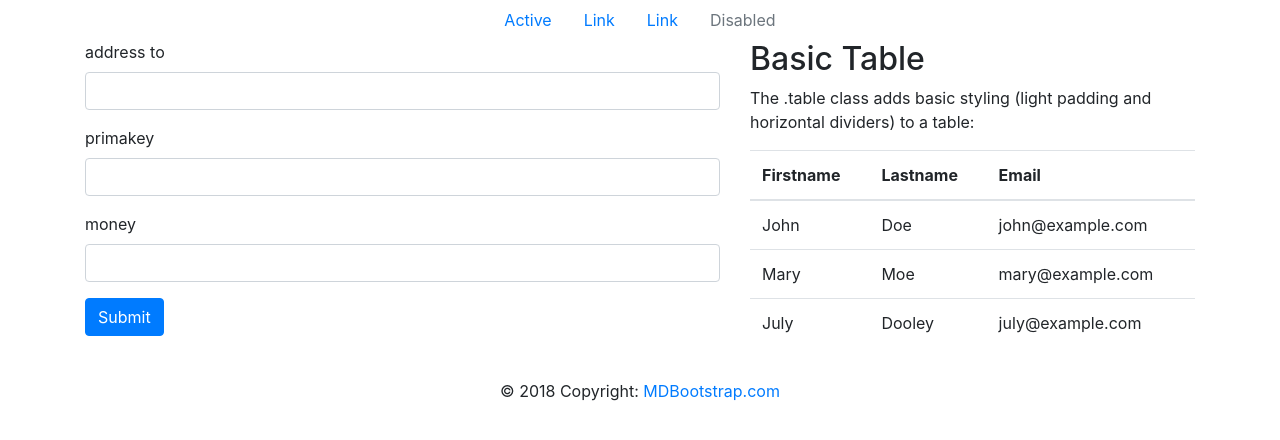
Repository: tienvins/vinsofts-blockchain-training-Oct2018
Page: http://localhost/
These files come from the project's save history. The page is drawn as it stood at one moment and after the next save; the edit follows.
The browser window is 1280 px wide. The pictures show the whole page.
The page is served by the project's Node server (index.js).

Above is the page before, as saved 2018-11-06 09:39:27.

After the next save:
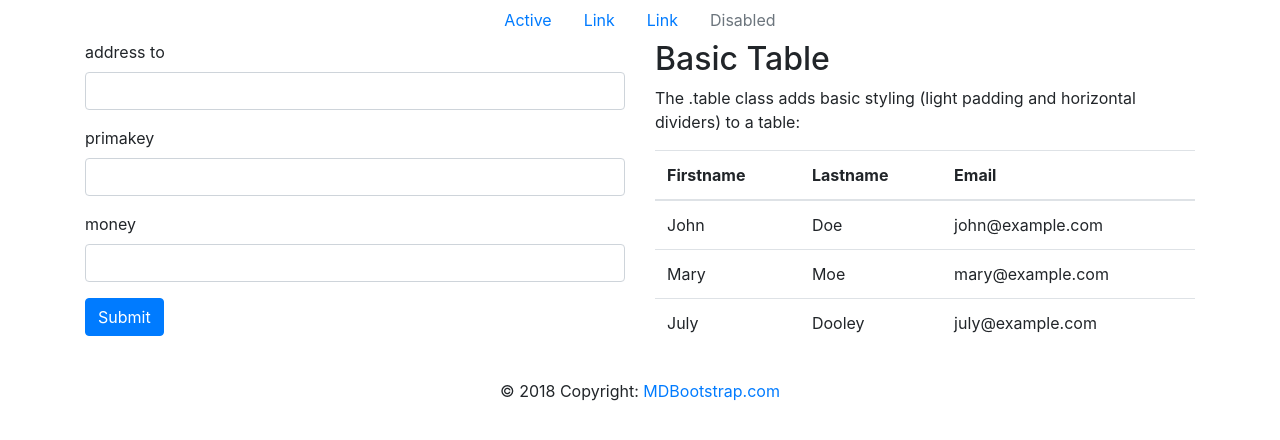
Saved 13 s later.
--- a/tunglt/dappbetting/views/home/index.ejs
+++ b/tunglt/dappbetting/views/home/index.ejs
@@ -3,7 +3,7 @@
 
 <div class="container">
   <div class="row">
-    <div class="col-md-7">
+    <div class="col-md-6">
       <form method="POST" action="transfer">
         <div class="form-group">
           <label>address to</label>
@@ -20,9 +20,8 @@
         <button type="submit" class="btn btn-primary">Submit</button>
       </form>
 
-
     </div>
-    <div class="col-md-5">
+    <div class="col-md-6">
       <h2>Basic Table</h2>
   <p>The .table class adds basic styling (light padding and horizontal dividers) to a table:</p>
   <table class="table">
